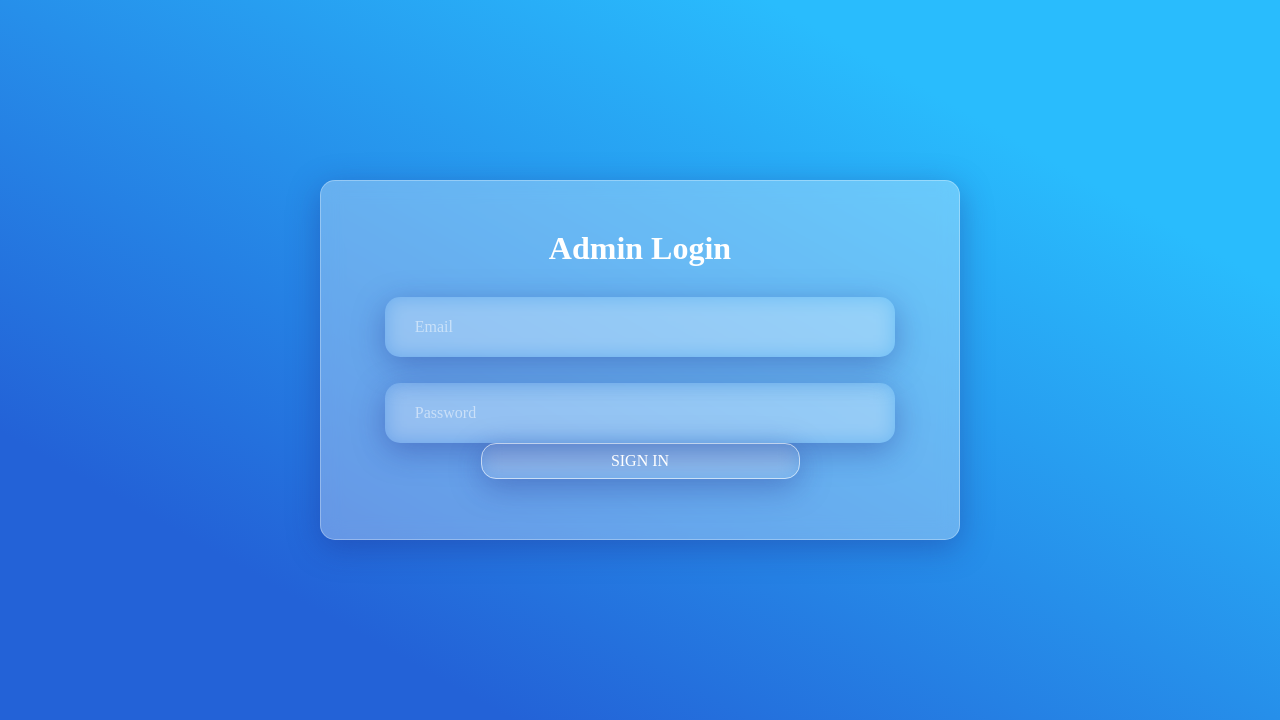
Repository: LEEYONGJUN3068/cms
Page: /login
An editor plug-in stored every save of this project. The page is shown before and after the next save, followed by the edit.
The browser window is 1280 px wide. The pictures show the whole page.
The page's requests for data from a server got no answer. The project was rebuilt for these pictures with package versions that can differ from the ones it lists, and the page was loaded fresh each time. The framework's server and built-in components were replaced by stand-ins that run in the browser. No one was signed in, and anything a server would have sent is missing. Also part of the build but not shown: next.config.mjs.

Above is the page before, as saved 2025-09-23 15:22:25.

### src/app/layout.js
import { Geist, Geist_Mono } from "next/font/google";
import "./globals.css";
import AppLoader from "@/components/AppLoader";
import "../styles/globals.scss";

const geistSans = Geist({
  variable: "--font-geist-sans",
  subsets: ["latin"],
});

const geistMono = Geist_Mono({
  variable: "--font-geist-mono",
  subsets: ["latin"],
});

export const metadata = {
  title: "Create Next App",
  description: "Generated by create next app",
  stylesheets: [
    {
      rel: 'stylesheet',
      as: 'style',
      crossOrigin: 'anonymous',
      href: 'https://cdn.jsdelivr.net/gh/orioncactus/pretendard@v1.3.9/dist/web/static/pretendard.min.css',
    },
  ],
};

export default function RootLayout({ children }) {
  return (
    <html lang="ko">
      <body
        className={`${geistSans.variable} ${geistMono.variable} antialiased`}
      >
        <AppLoader>{children}</AppLoader>
      </body>
    </html>
  );
}

### src/app/login/page.jsx
'use client'
import { useState } from 'react'
import { supabase } from '@/lib/supabaseClient'
import { useRouter } from 'next/navigation'
import styles from './login.module.scss'

export default function Login() {
  const [email,setEmail] = useState('')
  const [password,setPassword] = useState('')
  const router = useRouter()

  const handleLogin = async (e) => {
    e.preventDefault()
    const { data, error } = await supabase.auth.signInWithPassword({ email, password })
    if (error) alert(error.message)
    else router.push('/dashboard')
  }

  return (
    <div className={styles.loginContainer}>
      <div className={styles.form}>
        <h2>Admin Login</h2>
        <form onSubmit={handleLogin}>
          <input
            type="email"
            placeholder="Email"
            value={email}
            onChange={(e)=>setEmail(e.target.value)}
            required
            name='id'
          />
          <input
            type="password"
            placeholder="Password"
            value={password}
            onChange={(e)=>setPassword(e.target.value)}
            required
            name='pw'
          />
          <button type="submit" className={styles.loginBtn}>SIGN IN</button>
        </form>
      </div>
    </div>
  )
}

### src/app/globals.css
@import "tailwindcss";

:root {
  --background: #ffffff;
  --foreground: #171717;
}

@theme inline {
  --color-background: var(--background);
  --color-foreground: var(--foreground);
  --font-sans: var(--font-geist-sans);
  --font-mono: var(--font-geist-mono);
}

@media (prefers-color-scheme: dark) {
  :root {
    --background: #0a0a0a;
    --foreground: #ededed;
  }
}

body {
  background: var(--background);
  color: var(--foreground);
  font-family: 'Pretendard';
}

### src/components/AppLoader.jsx
"use client";

import { useState, useEffect } from "react";
import dynamic from 'next/dynamic'; // dynamic import 추가

// LoadingScreen 컴포넌트를 dynamic으로 불러오고, ssr을 false로 설정합니다.
// 이렇게 하면 이 컴포넌트는 오직 브라우저에서만 렌더링됩니다.
const LoadingScreen = dynamic(() => import('./LoadingScreen'), { ssr: false });

const AppLoader = ({ children }) => {
  const [loading, setLoading] = useState(true);

  useEffect(() => {
    const isFirstVisit = sessionStorage.getItem("isFirstVisit");

    if (isFirstVisit) {
      setLoading(false);
    } else {
      sessionStorage.setItem("isFirstVisit", "false");
      setTimeout(() => {
        setLoading(false);
      }, 3000);
    }
  }, []);

  return loading ? <LoadingScreen /> : <>{children}</>;
};

export default AppLoader;

### src/styles/globals.scss
button{
    &:hover{
        cursor: pointer;
    }
}

### src/app/login/login.module.scss
.loginContainer{
    background: linear-gradient(to bottom left, #29bcfd 20%, #2362d7 80%);
    width: 100%;
    height: 100vh;

    .form{
        position: absolute;
        left: 50%;
        top: 50%;
        transform: translate(-50%, -50%);
        width: 50%;
        max-width: 960px;
        height: 50vh;
        max-height: 600px;
        background: rgba(255, 255, 255, 0.3);
        backdrop-filter: blur(10px);
        -webkit-backdrop-filter: blur(10px); /* Safari 브라우저 지원 */
        border: 1px solid rgba(255, 255, 255, 0.3);
        box-shadow: 0 8px 32px 0 rgba(31, 38, 135, 0.37);
        border-radius: 15px;
        padding: clamp(0px, 5vw, 60px) 0;
        color: white;
        display: flex;
        flex-direction: column;
        justify-content: end;

        h2{
            position: relative;
            top: 0;
            text-align: center;
            font-weight: bold;
            font-size: clamp(0px, 4vw, 32px);
        }

        input{
            width: 80%;
            height: clamp(0px, 5vh, 96px);
            backdrop-filter: blur(10px);
            -webkit-backdrop-filter: blur(10px); /* Safari 브라우저 지원 */
            box-shadow: 0 8px 32px 0 rgba(31, 38, 135, 0.37);
            border-radius: 15px;
            padding: 30px;
            color: white;
            margin-top: clamp(0px, 2vw, 38px);

            &:focus{
                outline: none;
            }
        }

        form{
            display: flex;
            flex-direction: column;
            justify-content: end;
            align-items: center;
        }

        .loginBtn{
            display: flex;
            align-items: center;
            justify-content: center;
            width: 50%;
            height: 5vh;
            backdrop-filter: blur(10px);
            -webkit-backdrop-filter: blur(10px); /* Safari 브라우저 지원 */
            border: 1px solid rgba(255, 255, 255, 0.6);
            box-shadow: 0 8px 32px 0 rgba(31, 38, 135, 0.37);
            border-radius: 15px;
            font-weight: 500;
            color: white;

            &:hover{
                background-color: #fff;
                color: #2362d7;
                transition: all 0.5s;
            }
        }
    }
}

### src/components/LoadingScreen.jsx
"use client";

// lottie-react에서 Player를 가져옵니다.
import { Player } from "@lottiefiles/react-lottie-player";

const LoadingScreen = () => {
  return (
    <div style={{
      position: 'fixed',
      top: 0,
      left: 0,
      width: '100%',
      height: '100%',
      backgroundColor: '#000',
      display: 'flex',
      flexDirection: 'column',
      justifyContent: 'center',
      alignItems: 'center',
      zIndex: 9999,
    }}>
        <p style={{
            fontSize: 'clamp(0px, 5vw, 32px)',
            fontWeight: 'bold',
        }}>
          포트폴리오 화면을 구성중입니다
        </p>
        <Player
          autoplay
          loop
          src="https://lottie.host/dfe9ce55-f0b7-4bb0-bcd2-241897b61dec/JhkEyDhSuU.json"
          style={{ width: 'clamp(0px, 50vw, 300px)', height: 'auto' }}
        />
    </div>
  );
};

export default LoadingScreen;

Loaded but not shown: src/lib/supabaseClient.js (common file)

After the next save:
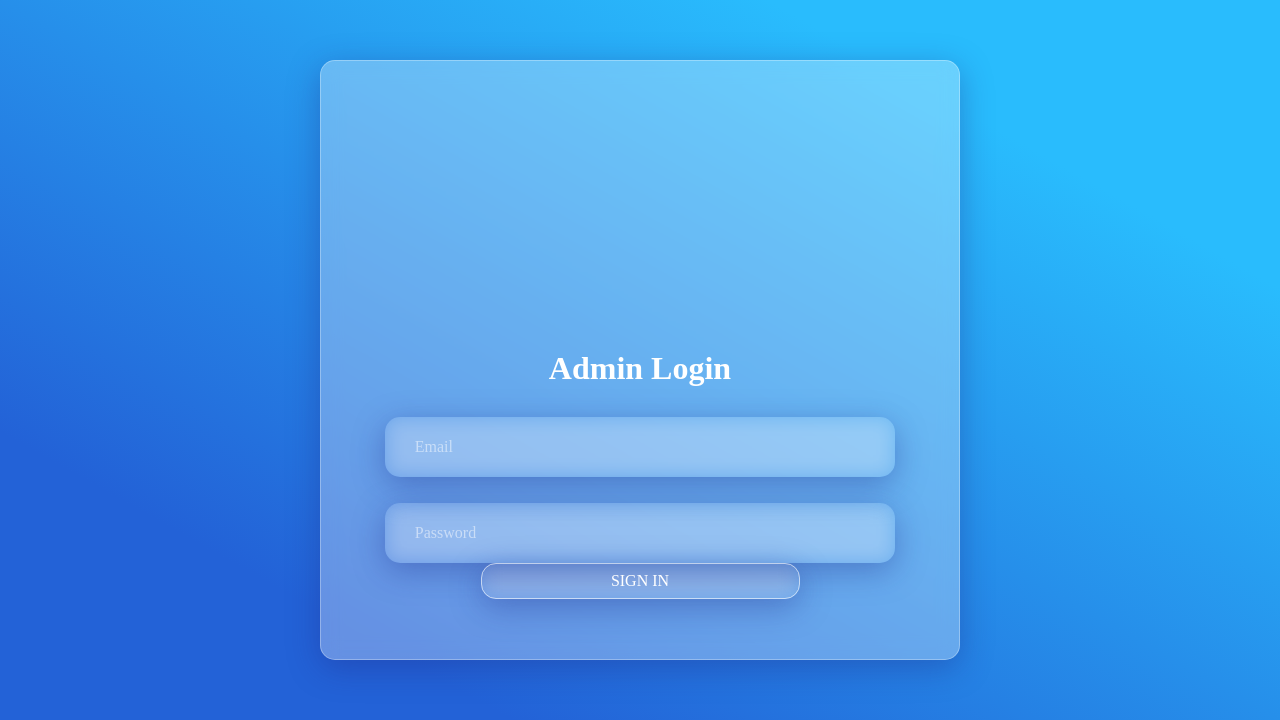
Saved 29 s later.
--- a/src/app/login/login.module.scss
+++ b/src/app/login/login.module.scss
@@ -10,7 +10,7 @@
         transform: translate(-50%, -50%);
         width: 50%;
         max-width: 960px;
-        height: 50vh;
+        height: 100%;
         max-height: 600px;
         background: rgba(255, 255, 255, 0.3);
         backdrop-filter: blur(10px);

After the 2 saves that followed:
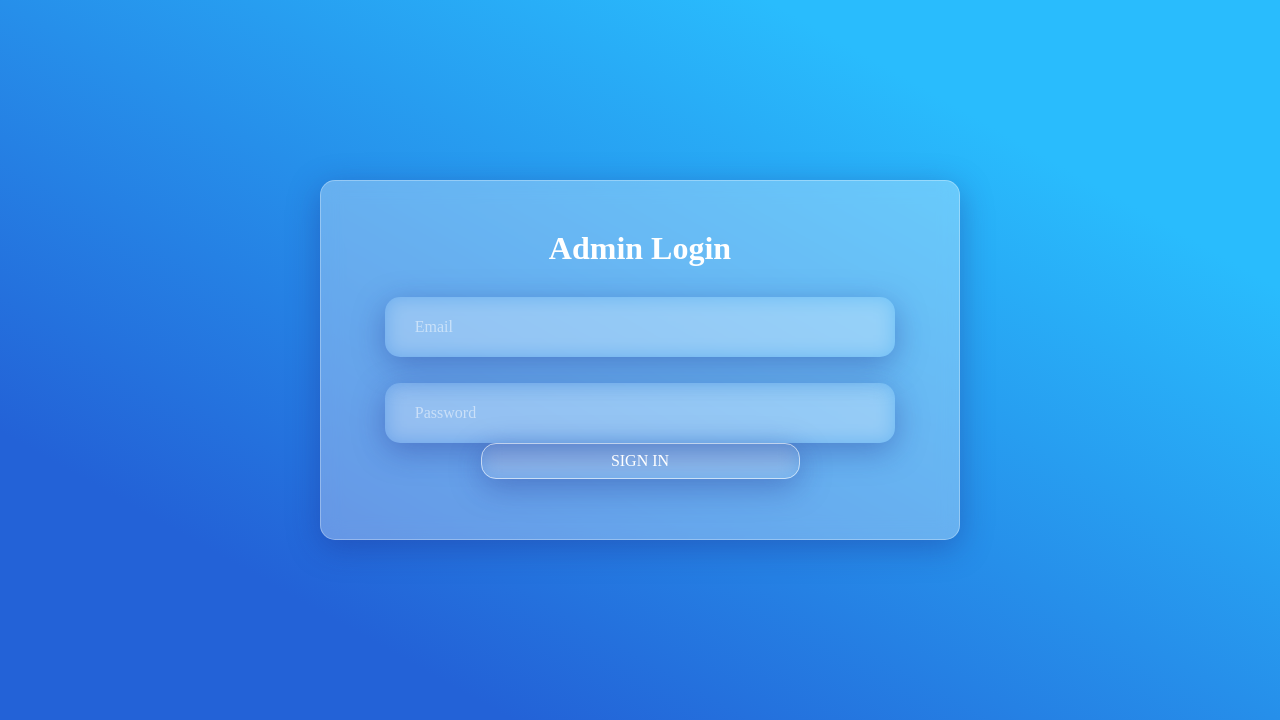
The 2 saves are shown as one change because they came seconds apart.
The last was saved 7 s later.
--- a/src/app/login/login.module.scss
+++ b/src/app/login/login.module.scss
@@ -10,7 +10,7 @@
         transform: translate(-50%, -50%);
         width: 50%;
         max-width: 960px;
-        height: 100%;
+        height: 50vh;
         max-height: 600px;
         background: rgba(255, 255, 255, 0.3);
         backdrop-filter: blur(10px);
